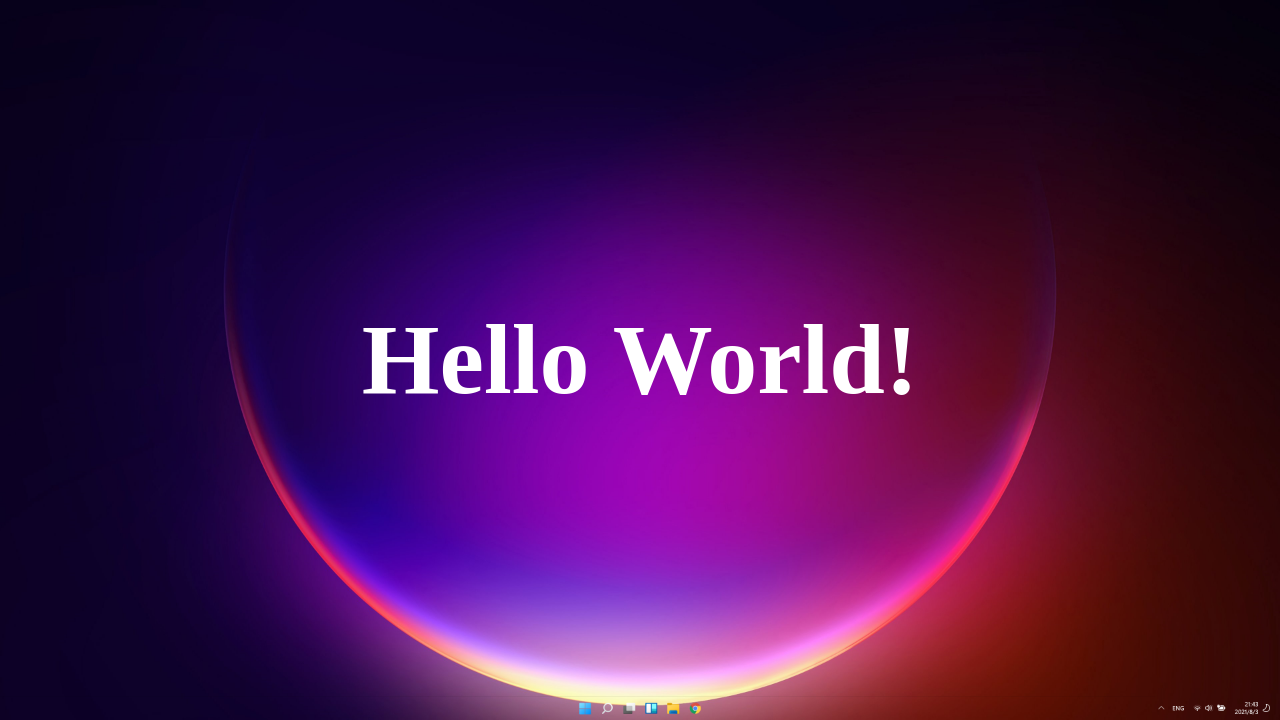
Repository: ErosHai/Home
Page: / (app in vscode/webpack/)
An editor plug-in stored every save of this project. The page is shown before and after the next save, followed by the edit.
The browser window is 1280 px wide. The pictures show the whole page.
The project was rebuilt for these pictures with package versions that can differ from the ones it lists, and the page was loaded fresh each time. Also part of the build but not shown: vscode/webpack/webpack.config.js.

Above is the page before, as saved 2021-08-31 16:39:22.

After the next save:
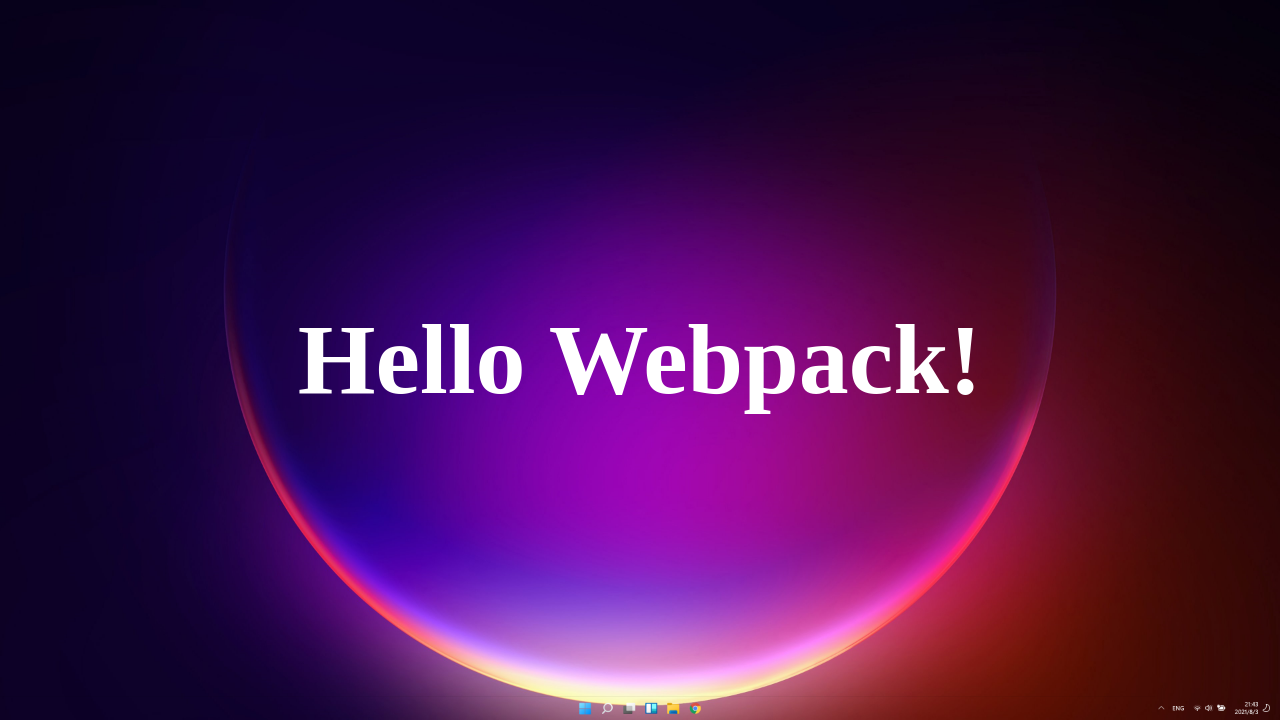
Saved 51 s later.
--- a/vscode/webpack/main.js
+++ b/vscode/webpack/main.js
@@ -13,6 +13,6 @@ require('./src/img/windows11.png')
 const vm = new Vue({
   el:'#app',
   data:{
-    msg: 'Hello World! '
+    msg: 'Hello Webpack! '
   }
 })
